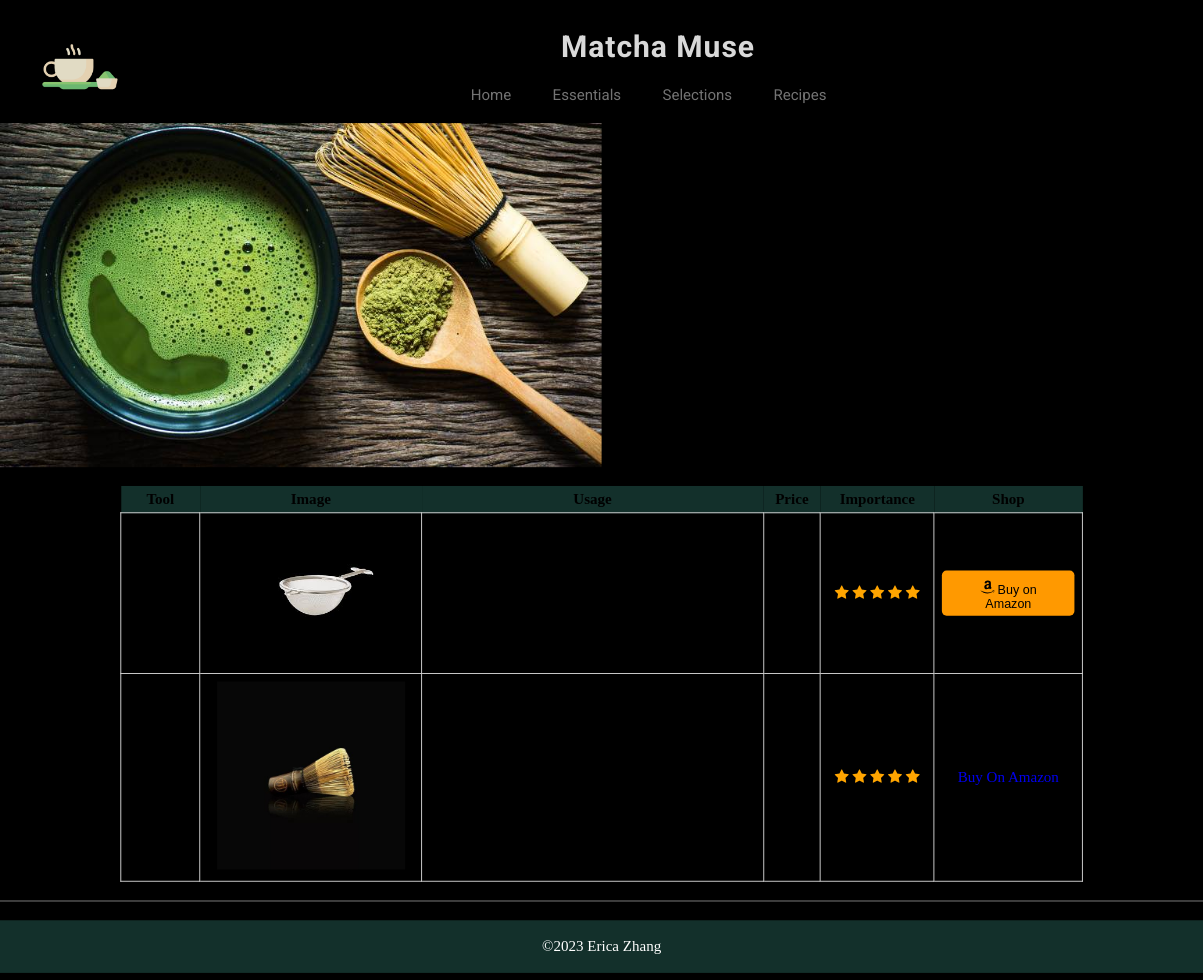
Repository: ericazz17/matchawebsite
Page: essentials.html
The author's editor kept a copy of each file at every save. The page is drawn from the files as they stood at one save, then again after the next save.
The browser window is 1280 px wide. The pictures show the whole page, at 94% of full size.

Above is the page before, as saved 2023-09-26 05:00:33.

After the next save:
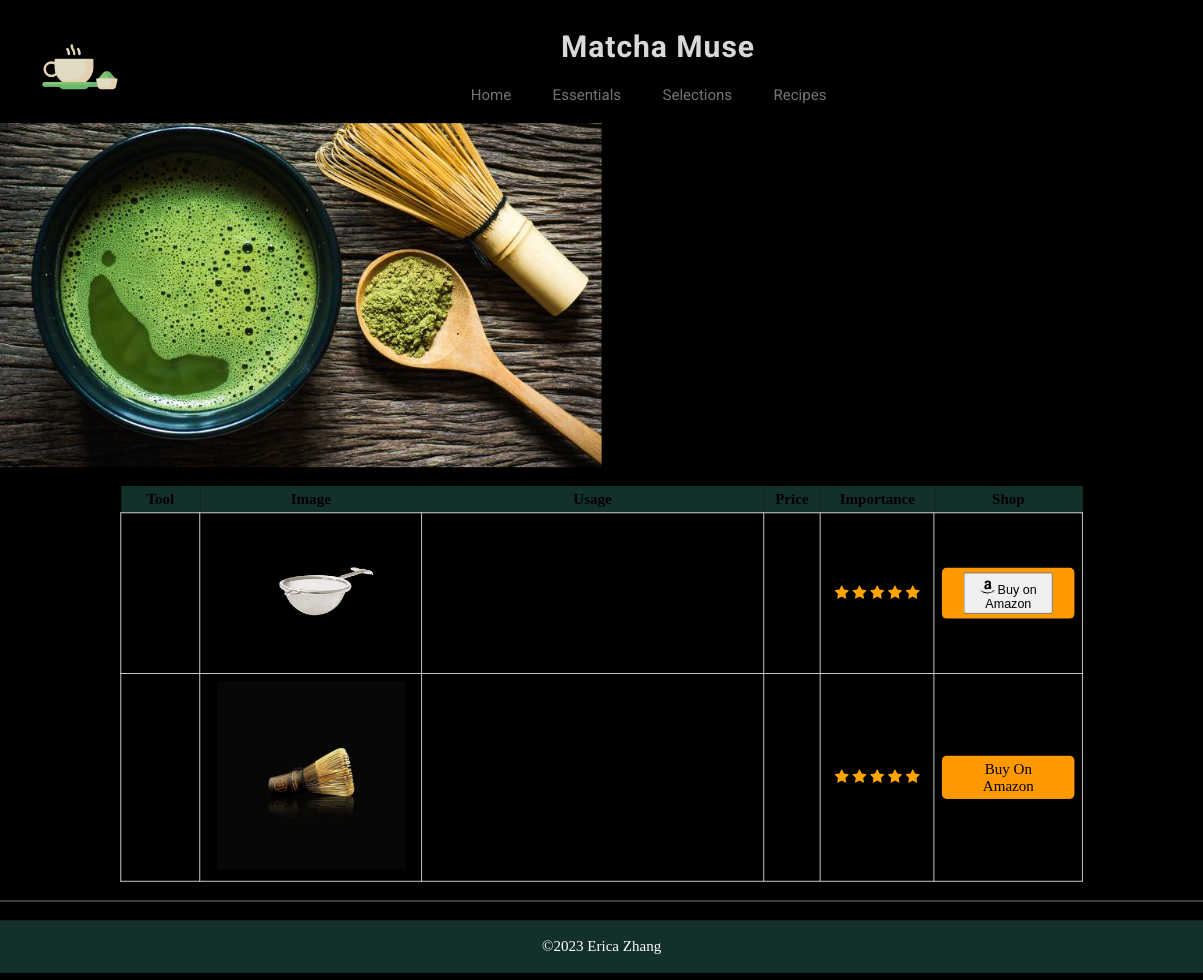
Saved 7 s later.
--- a/essentials.css
+++ b/essentials.css
@@ -234,7 +234,7 @@ footer {
     padding-left: 15%;
   }
 
-  button.buy-now-button {
+  a.buy-now-button {
     background-color: #FF9900;
     padding: 5px 23px;
     text-decoration: none;
